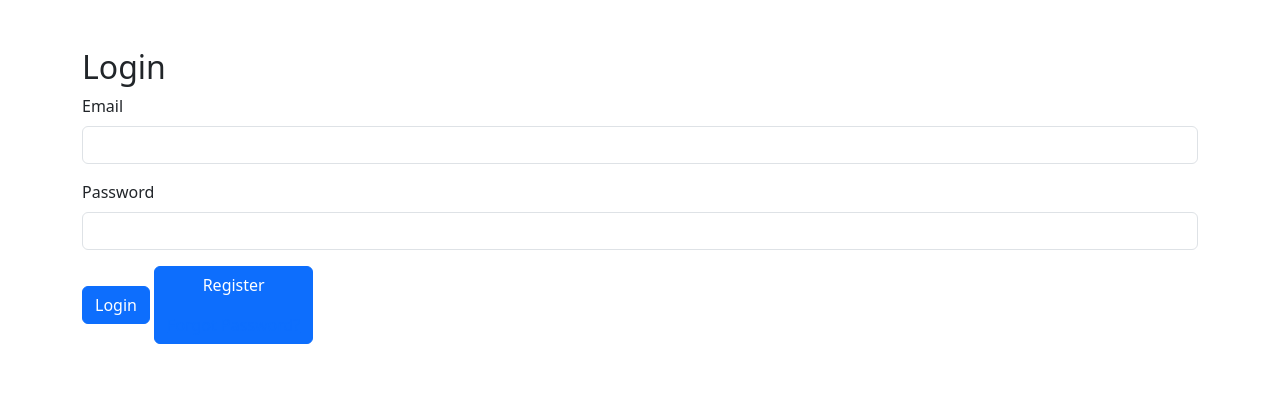
Repository: Abdulahi338/Authentication-using-laravel-11
Page: http://localhost/login
The author's editor kept a copy of each file at every save. The page is drawn from the files as they stood at one save, then again after a run of saves.
The browser window is 1280 px wide. The pictures show the whole page.
The page is served by the project's Laravel application, run on PHP 8.4 with Laravel 12. Other server files are loaded and not shown.

Above is the page before, as saved 2024-09-25 10:11:42.

### routes/web.php
<?php

use Illuminate\Support\Facades\Route;
use App\Http\Controllers\AuthController;  // Import the AuthController

Route::get('/register', function () {
    return view('auth.register');
});


Route::post('/register', [AuthController::class, 'register']);

Route::post('/login', [AuthController::class, 'login']); // POST for login
Route::get('/login', function () {
    return view('auth.login'); // GET for displaying the login form
});

Route::get('/verify-email/{token}', [AuthController::class, 'verifyEmail']);
Route::get('/dashboard', [AuthController::class, 'dashboard'])->name('dashboard');

Route::post('/logout', [AuthController::class, 'logout'])->name('logout');

Route::post('/resend-verification', [AuthController::class, 'resendVerification'])->name('verification.resend');


Route::get('/verification-notice', function () {
    return view('auth.verification-notice');
})->name('verification.notice');

// // Show the password reset form
// Route::get('/password/reset/{token}', function ($token) {
//     return view('auth.passwords.reset', ['token' => $token]);
// })->name('password.reset');

// // Handle the password reset request
// Route::post('/password/reset', [AuthController::class, 'reset'])->name('password.update');

// Show the password reset request form
Route::get('/password/reset', function () {
    return view('auth.passwords.email');
})->name('password.request');

// Handle the password reset email request
Route::post('/password/email', [AuthController::class, 'sendResetLinkEmail'])->name('password.email');

### resources/views/auth/login.blade.php
{{-- resources/views/auth/login.blade.php --}}
<!DOCTYPE html>
<html lang="en">
<head>
    <meta charset="UTF-8">
    <meta name="viewport" content="width=device-width, initial-scale=1.0">
    <link href="https://cdn.jsdelivr.net/npm/bootstrap@5.3.0-alpha1/dist/css/bootstrap.min.css" rel="stylesheet">
    <title>Login</title>
</head>
<body>
    <div class="container mt-5">
        <h2>Login</h2>

        @if(session('message'))
            <div class="alert alert-info">{{ session('message') }}</div>
        @endif

        @if ($errors->any())
            <div class="alert alert-danger">
                <ul>
                    @foreach ($errors->all() as $error)
                        <li>{{ $error }}</li>
                    @endforeach
                </ul>
            </div>
        @endif

        <form action="{{ url('/login') }}" method="POST">
            @csrf
            <div class="mb-3">
                <label for="email" class="form-label">Email</label>
                <input type="email" class="form-control" id="email" name="email" value="{{ old('email') }}" required>
            </div>
            <div class="mb-3">
                <label for="password" class="form-label">Password</label>
                <input type="password" class="form-control" id="password" name="password" required>
            </div>
            <button type="submit" class="btn btn-primary">Login</button>
            <button type="submit" class="btn btn-primary"><a class="nav-link" href="{{ url('/register') }}">Register</a>
                <div class="mt-3">
                    <a href="{{ route('password.request') }}">Forgot Password?</a>
                </div>
            </button>

        </form>
    </div>
</body>
</html>

After the next 2 saves:
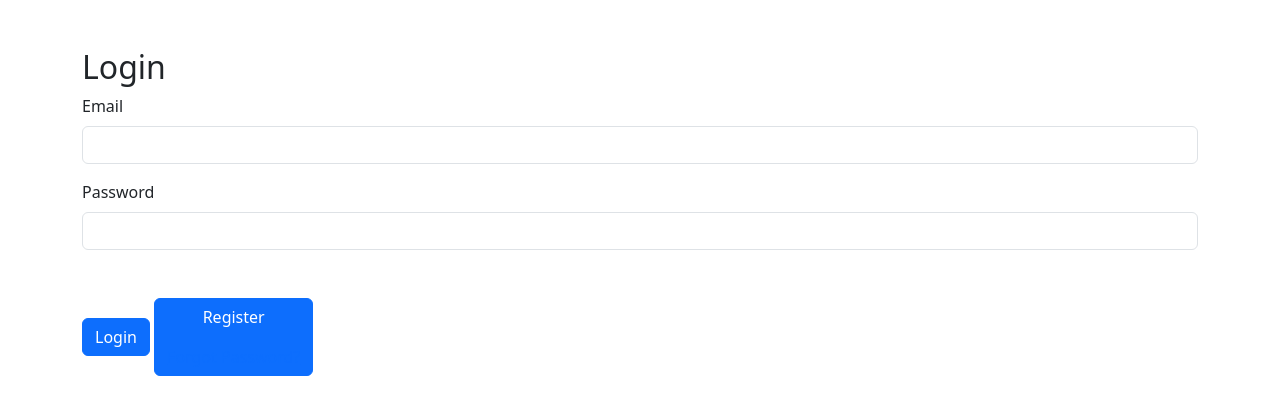
The 2 saves are shown as one change because they came seconds apart.
The last was saved 49 s later.
--- a/resources/views/auth/login.blade.php
+++ b/resources/views/auth/login.blade.php
@@ -31,7 +31,7 @@
                 <label for="email" class="form-label">Email</label>
                 <input type="email" class="form-control" id="email" name="email" value="{{ old('email') }}" required>
             </div>
-            <div class="mb-3">
+            <div class="mb-5">
                 <label for="password" class="form-label">Password</label>
                 <input type="password" class="form-control" id="password" name="password" required>
             </div>
